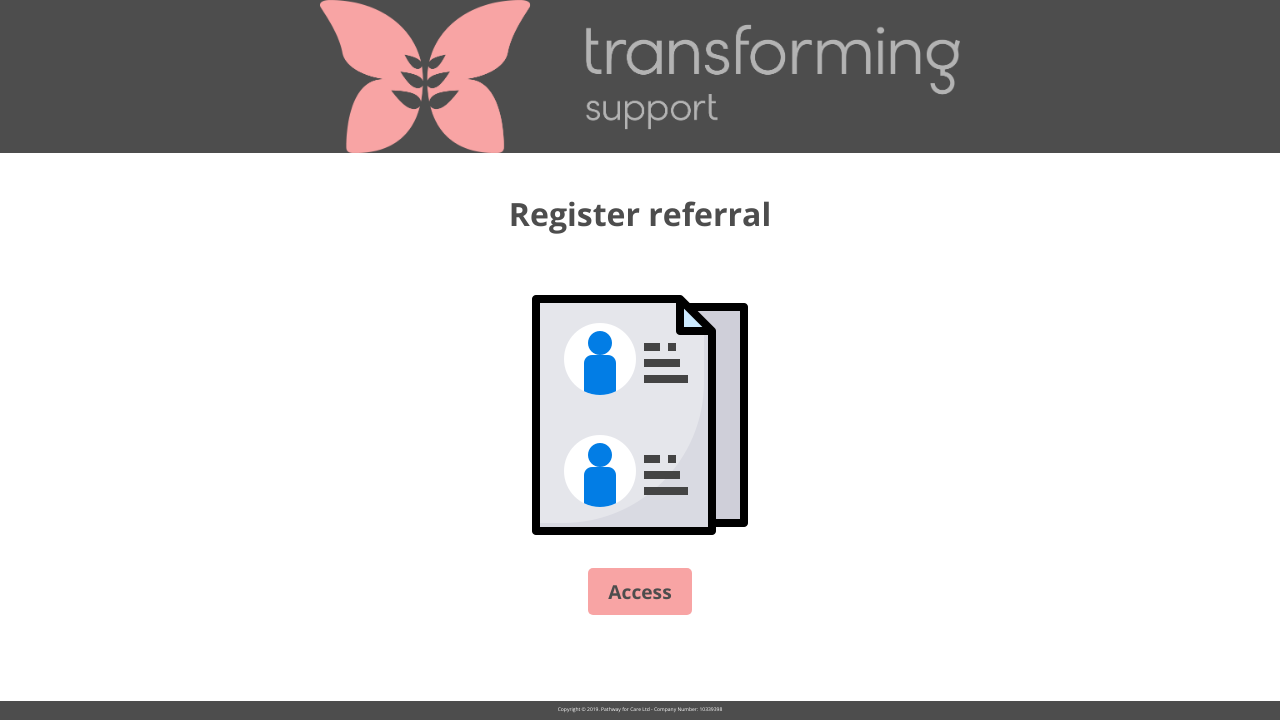
Repository: israelrodriguees/QAactivity
Page: http://localhost/referral/index.jsp
The author's editor kept a copy of each file at every save. The page is drawn from the files as they stood at one save, then again after the next save.
The browser window is 1280 px wide. The pictures show the whole page.
The page is served by Tomcat 9. Other server files are loaded and not shown.

Above is the page before, as saved 2021-09-08 15:31:32.

### referral/src/main/webapp/index.jsp
<!DOCTYPE html>
<html>
<head>
<meta charset="ISO-8859-1">
<title>Referral Form</title>
<link rel="icon" href="images/form.png">
<link rel="stylesheet" href="style.css">
<style>

</style>

</head>
<body>
	<div id="page">

		<header>
			<div class="image-container"">
				<img id="TS" src="images/transforming-support-horizontal.png">
			</div>
		</header>
		<main>
			<div class="divHP">
				<h1 style="color: #4d4d4d;">Register referral</h1>
			</div>
			<div class="divHP">
				<img src="images/bigform.png">
			</div>
			<div class="divHP">
				<a href="main" class="button1">Access</a>
			</div>

		</main>
		<footer>
				 <p>Copyright © 2019. Pathway for Care Ltd - Company
					Number: 10339398 </p>
		</footer>
	</div>
</body>
</html>

### referral/src/main/webapp/style.css
@charset "ISO-8859-1";

@import
	url('https://fonts.googleapis.com/css2?family=Open+Sans:wght@400;700&display=swap')
	;

body {
	font-family: 'Open Sans', sans-serif;;
	font-size: 1em;
	font-weight: 400;
	margin: 0;
}

h1 {
	color: #f8a4a4;
}

.divHP {
	text-align: center;
	display: inline-block;
	margin: auto;
	padding: 15px 0px 15px 0px;
	width: 100%;
}

.divTable {
	overflow: scroll;
	padding: 10px 0px 10px 0px;
}

.divInput {
	border-color: #0C2749;
	border-width: 3px;
	padding: 2px;
}

#page {
	display: grid;
	grid-template-columns: 1fr;
	grid-template-rows: 0.3fr auto 0.2fr;
	grid-gap: 3px;
	width: 100vw;
	height: 100vh;
	grid-template-areas:
	"header"
	"main"
	"footer";
}

footer {
	background-color: #4d4d4d;
	grid-area: footer;
	color: #ffffff;
}

.image-container{
	display:flex;
	justify-content: center;
	background-color: #4d4d4d;
}

#TS {
	height: 50%;
	width: 50%;
	text-align: center;
}

.button1 {
	text-decoration: none;
	text-align: center;
	background-color: #f8a4a4;
	padding: 10px 20px 10px 20px;
	color: #4d4d4d;
	font-size: 1.2em;
	font-weight: 700;
	border-radius: 5px;
	border: 0;
	cursor: pointer;
	width: 100px;
	height: 30px;
	margin: auto;
}

.button2 {
	text-decoration: none;
	background-color: #d51213;
	padding: 5px 10px 5px 10px;
	color: #fff;
	font-size: 1.2em;
	font-weight: 700;
	border-radius: 5px;
}

.Box1 {
	width: 800px;
	padding: 15px;
	margin-bottom: 10px;
	border: 1px solid #f8a4a4;
	border-radius: 5px;
}

.Box2 {
	width: 800px;
	height: 200px;
	padding: 15px;
	margin-bottom: 10px;
	border: 1px solid #f8a4a4;
	border-radius: 5px;
}

#Box3 {
	padding: 15px;
	margin-bottom: 10px;
	border: 1px solid #ff0000;
	border-radius: 5px;
}

#table {
	margin-top: 30px;
	border-collapse: collapse;
	overflow: auto;
}

#table th {
	border: 1px solid #4d4d4d;
	padding: 10px;
	text-align: left;
	color: #4d4d4d;
	background-color: #f8a4a4;
}

#table td {
	border: 1px solid #4d4d4d;
	padding: 10px;
}

p{
text-align: center;
font-size: 5px;
}

select {
	-webkit-appearance: none;
	-moz-appearance: none;
	appearance: none;
}

After the next save:
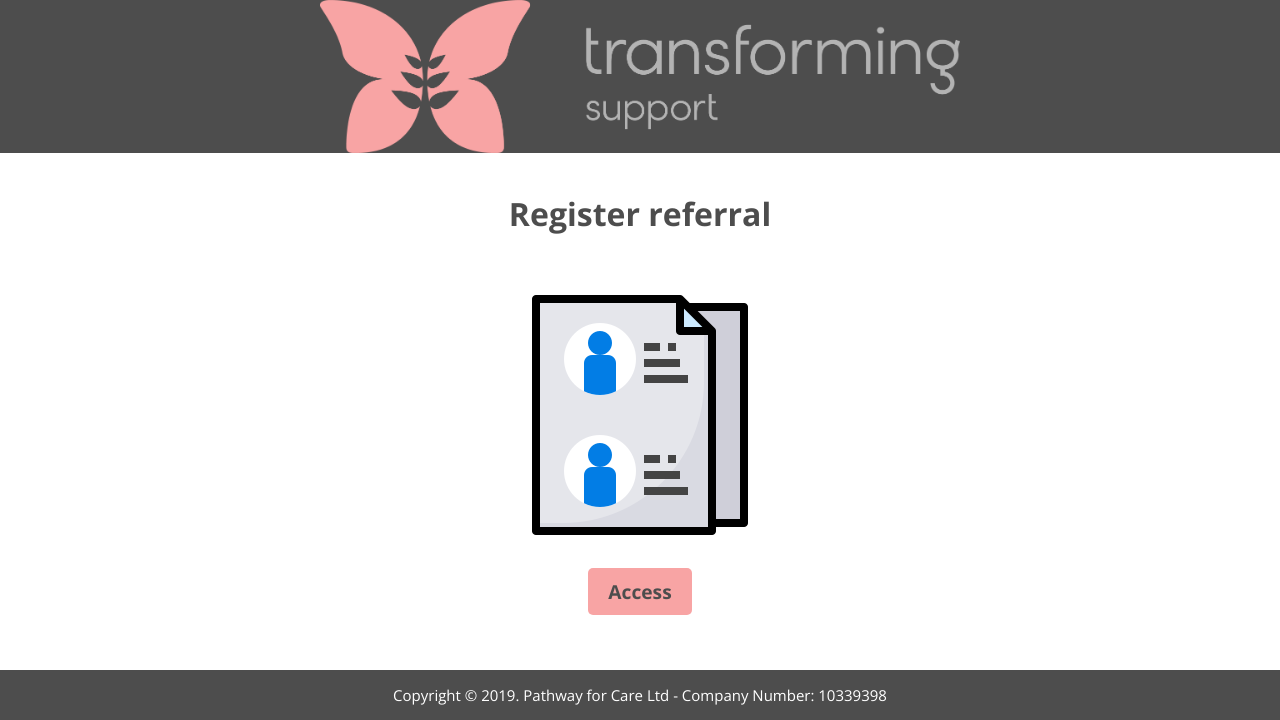
Saved 13 s later.
--- a/referral/src/main/webapp/style.css
+++ b/referral/src/main/webapp/style.css
@@ -136,7 +136,7 @@
 
 p{
 text-align: center;
-font-size: 5px;
+font-size: 15px;
 }
 
 select {
